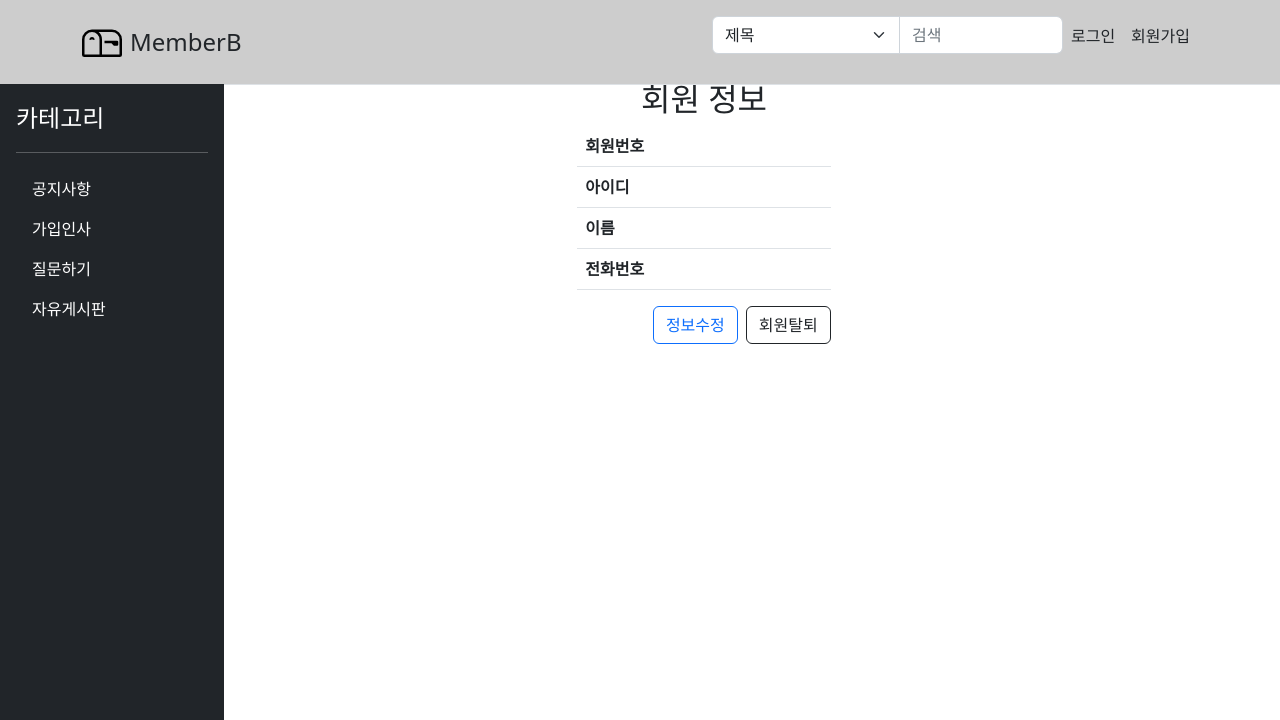
Repository: charmErin/board_220915
Page: http://localhost/board/WEB-INF/views/member/detail.jsp
An editor plug-in stored every save of this project. The page is shown before and after the next save, followed by the edit.
The browser window is 1280 px wide. The pictures show the whole page.
The page is served by Tomcat 9. Nobody is signed in. Other server files are loaded and not shown. The template is opened directly, without the code that normally fills it, so the values that code supplies are empty.

Above is the page before, as saved 2022-09-16 02:48:28.
Console error: SyntaxError: Unexpected token ';'

### board/src/main/webapp/WEB-INF/views/member/detail.jsp
<%@ page language="java" contentType="text/html; charset=UTF-8"
    pageEncoding="UTF-8"%>
<%@ taglib uri="http://java.sun.com/jsp/jstl/core" prefix="c" %>
<!DOCTYPE html>
<html>
<head>
<meta charset="UTF-8">
<title>Insert title here</title>
<style>
	.body-content {
		margin-top: 5rem;
		margin-left: 15rem;
		padding-left: 3rem;
		padding-right: 10rem;
	}

	h2 {
		text-align: center;
		margin: 50px;
	}
</style>
</head>
<body>
	<%@include file ="../layout/header.jsp" %>
	<div class="body-content">
	<div class="container col-4">
		<h2>회원 정보</h2>
		<table class="table">
			<tr>
				<th scope="row">회원번호</th>
				<td>${member.id}</td>
			</tr>
			<tr>
				<th scope="row">아이디</th>
				<td>${member.loginId}</td>
			</tr>
			<tr>
				<th scope="row">이름</th>
				<td>${member.memberName}</td>
			</tr>
			<tr>
				<th scope="row">전화번호</th>
				<td>${member.memberMobile}</td>
			</tr>
		</table>
		<c:if test="${sessionScope.id == member.id}">
			<c:choose>
				<c:when test="${sessionScope.memberName == '관리자'}">
					<div class="d-grid gap-2 d-md-flex justify-content-md-end">
						<button type="button" class="btn btn-outline-dark" onclick="memberList()">회원목록</button>
					</div>
				</c:when>
				<c:otherwise>
					<div class="d-grid gap-2 d-md-flex justify-content-md-end">
				<button type="button" class="btn btn-outline-primary" onclick="memberUpdate()">정보수정</button>
				<button type="button" class="btn btn-outline-dark" onclick="memberDelete()">회원탈퇴</button>
			</div>
				</c:otherwise>
			</c:choose>
		</c:if>
	</div>
	</div>
</body>
<script>
	const memberUpdate = () => {
		location.href = "/member/update-form/" + ${sessionScope.id};
	}

	const memberDelete = () => {
		location.href = "/member/delete/" + ${sessionScope.id};
	}

	const memberList = () => {
		location.href = "/member/findAll";
	}
</script>
</html>

### board/src/main/webapp/WEB-INF/views/layout/header.jsp
<%@ page language="java" contentType="text/html; charset=UTF-8"
    pageEncoding="UTF-8"%>
<%@ taglib uri="http://java.sun.com/jsp/jstl/core" prefix="c" %>
<%@ taglib prefix="fmt" uri="http://java.sun.com/jsp/jstl/fmt" %>
<!DOCTYPE html>
<html>
<head>
<meta charset="UTF-8">
<link href="https://cdn.jsdelivr.net/npm/bootstrap@5.2.1/dist/css/bootstrap.min.css" rel="stylesheet" integrity="sha384-iYQeCzEYFbKjA/T2uDLTpkwGzCiq6soy8tYaI1GyVh/UjpbCx/TYkiZhlZB6+fzT" crossorigin="anonymous">
<title>Insert title here</title>
<style>
	header {
		background: #CDCDCD;
	}

	.side-bar {
		width: 14rem;
		height: 100%;
		margin-top: 1rem;
		position: fixed;
		display: inline !important;
	}
</style>
</head>
<body>
	<header class="py-3 border-bottom header-fix fixed-top">
		<div class="container d-flex flex-wrap justify-content-center">
			<a href="/" class="d-flex align-items-center mb-3 mb-lg-0 me-lg-auto text-dark text-decoration-none">
				<img src="../../../resources/svg/mailbox.svg" width="40" height="40">
				<span class="fs-4 m-2">
					MemberB
				</span>
			</a>
			<form class="col-md-auto" action="/board/search" method="get">
				<div class="input-group">
					<select class="form-select" name="searchType">
						<option value="boardTitle">제목</option>
						<option value="boardWriter">작성자</option>
						<option value="boardContetns">내용</option>
					</select>
					<input class="form-control col-2" type="text" name="q" placeholder="검색" aria-label="Search">
				</div>
			</form>
			<div>
				<c:choose>
					<c:when test="${sessionScope.id == null}">
						<ul class="nav">
							<li class="nav-item">
								<a href="/member/login-form" class="nav-link link-dark px-2">로그인</a>
							</li>
							<li class="nav-item">
								<a href="/member/save-form" class="nav-link link-dark px-2">회원가입</a>
							</li>
						</ul>
					</c:when>
					<c:otherwise>
						<ul class="nav">
							<li class="nav-item">
								<a href="/member/detail/${sessionScope.id}" class="nav-link link-dark px-2">${sessionScope.memberName}</a>
							</li>
							<c:if test="${sessionScope.loginId eq 'admin'}">
								<li class="nav-item">
									<a href="/member/findAll" class="nav-link link-dark px-2">회원목록</a>
								</li>
							</c:if>
							<li class="nav-item">
								<a href="/member/logout" class="nav-link link-dark px-2">로그아웃</a>
							</li>
						</ul>
					</c:otherwise>
				</c:choose>
			</div>
		</div>
		<div class="d-flex flex-column flex-shrink-0 p-3 text-bg-dark side-bar">
			<span class="fs-4">카테고리</span>
			<hr>
			<ul class="nav nav-pills flex-column mb-auto">
				<li class="nav-item">
					<a href="/board/1" class="nav-link text-white">공지사항</a>
				</li>
				<li>
					<a href="/board/2" class="nav-link text-white">가입인사</a>
				</li>
				<li>
					<a href="/board/3" class="nav-link text-white">질문하기</a>
				</li>
				<li>
					<a href="/board/4" class="nav-link text-white">자유게시판</a>
				</li>
			</ul>
		</div>
	</header>
</body>
</html>

### board/src/main/webapp/resources/svg/mailbox.svg
<svg xmlns="http://www.w3.org/2000/svg" width="16" height="16" fill="currentColor" class="bi bi-mailbox" viewBox="0 0 16 16">
  <path d="M4 4a3 3 0 0 0-3 3v6h6V7a3 3 0 0 0-3-3zm0-1h8a4 4 0 0 1 4 4v6a1 1 0 0 1-1 1H1a1 1 0 0 1-1-1V7a4 4 0 0 1 4-4zm2.646 1A3.99 3.99 0 0 1 8 7v6h7V7a3 3 0 0 0-3-3H6.646z"/>
  <path d="M11.793 8.5H9v-1h5a.5.5 0 0 1 .5.5v1a.5.5 0 0 1-.5.5h-1a.5.5 0 0 1-.354-.146l-.853-.854zM5 7c0 .552-.448 0-1 0s-1 .552-1 0a1 1 0 0 1 2 0z"/>
</svg>

After the next save:
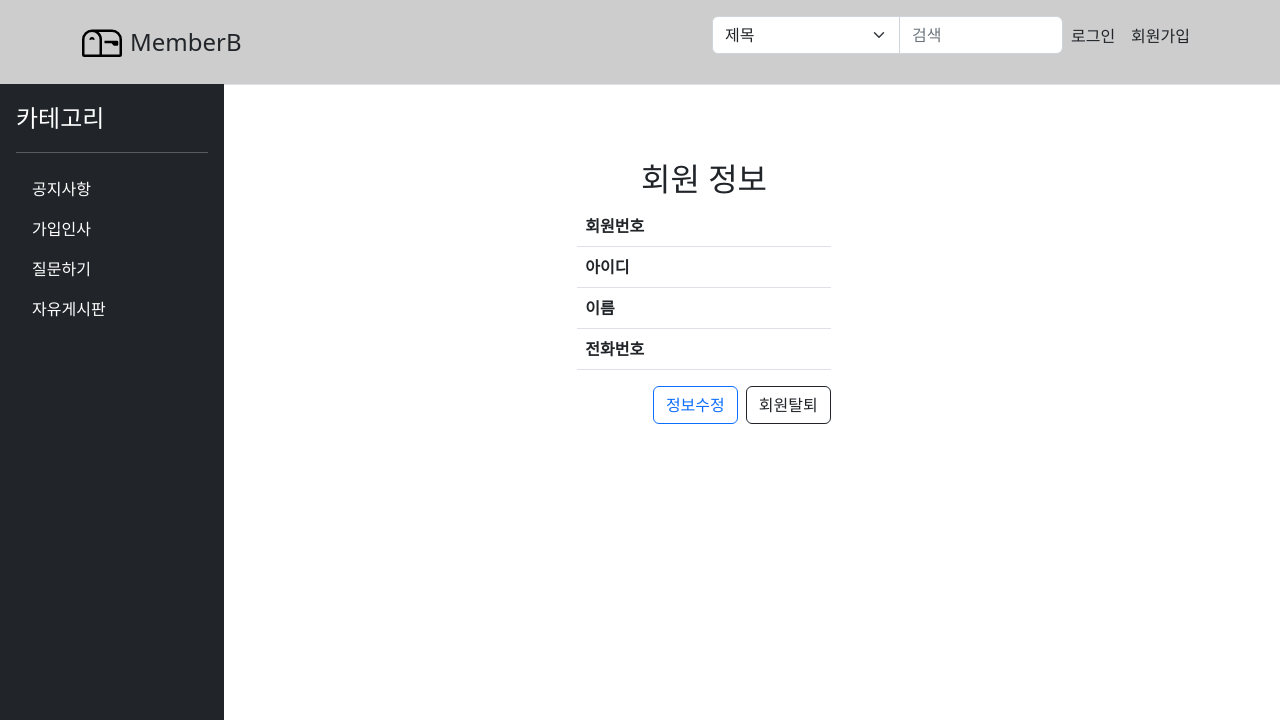
Saved 44 s later.
--- a/board/src/main/webapp/WEB-INF/views/member/detail.jsp
+++ b/board/src/main/webapp/WEB-INF/views/member/detail.jsp
@@ -8,7 +8,7 @@
 <title>Insert title here</title>
 <style>
 	.body-content {
-		margin-top: 5rem;
+		margin-top: 10rem;
 		margin-left: 15rem;
 		padding-left: 3rem;
 		padding-right: 10rem;
